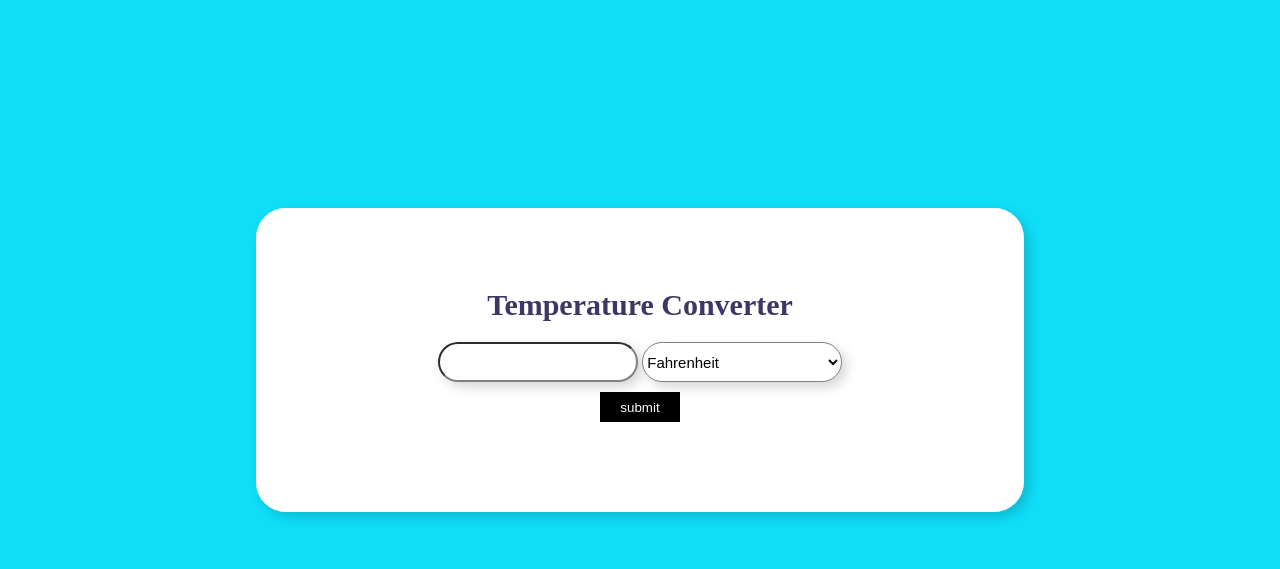
Repository: Mayur2905/OIBSIP
Page: Task-4/index.html
These files come from the project's save history. The page is drawn as it stood at one moment and after the next save; the edit follows.
The browser window is 1280 px wide. The pictures show the whole page.

Above is the page before, as saved 2022-02-03 23:32:00.

### Task-4/index.html
<!DOCTYPE html>
<html lang="en">
<head>
    <meta charset="UTF-8">
    <meta http-equiv="X-UA-Compatible" content="IE=edge">
    <meta name="viewport" content="width=device-width, initial-scale=1.0">
    <title>Document</title>
    <link rel="stylesheet" href="style.css">
</head>
<body>
    <script type="text/javascript">
        function convert(){
            const temp = document.getElementById('temp').value;
            const ty = document.getElementById('type').value;
            if(ty == 'fah' )
            {
                var f = (temp*1.8)+32;
                document.getElementById('result').innerHTML=`= ${f}°Fahrenheit`;
            }
            else{
                var f= (temp*1) + 273.15;
                document.getElementById('result').innerHTML=`= ${f}°Kelvin`;
            }


        }
    </script>
    <form id="tempCalc" onsubmit="convert(); return false">
        <label for="temp">Temperature Converter</label><br/>
        <input type="text" name="temp" id="temp">
        <select name="temp_diff" id="type">
            <option value="fah">Fahrenheit</option>
            <option value="Kel">Kelvin</option>
        </select><br/>
        <input id="btn" type="submit" value="submit" name="temp">
        <div id="result"></div>
    </form>
</body>
</html>

### Task-4/style.css
* {
  margin: 0;
  padding: 0;
  box-sizing: border-box;
  font-family: "Mulish", sans-serif;
}

body {
  width: 100vw;
  height: 100vh;
  background-color: #10ddf8;
  display: grid;
  align-items: center;
}

form {
  background-color: #ffffff;
  padding: 80px;
  width: 60%;
  margin: 100px auto;
  text-align: center;
  box-shadow: inset 5px 5px 12px #ffffff, 5px 5px 12px rgba(0, 0, 0, 0.16);
  border-radius: 30px;
}

#tempCalc label {
  font-size: 30px;
}

#temp {
  border-color: grey;
  border-radius: 20px;
  padding: 10px;
  height: 40px;
  width: 200px;
  font-size: 20px;
  margin-top: 20px;
  vertical-align: top;
  box-shadow: inset 5px 5px 12px #ffffff, 5px 5px 12px rgba(0, 0, 0, 0.16);
}

#type {
  height: 40px;
  border-color: gray;
  border-radius: 20px;
  margin-top: 20px;
  font-size: 15px;
  height: 40px;
  width: 200px;
  vertical-align: top;
  background-color: #ffffff;
  box-shadow: inset 5px 5px 12px #ffffff, 5px 5px 12px rgba(0, 0, 0, 0.16);
}
label {
  font-family: cursive;
  font-weight: bold;
  color: #3e3663;
}
#btn {
  background-color: black;
  height: 30px;
  width: 80px;
  color: white;
  margin: 10px;
  border: none;
}
#result {
  font-size: 15px;
  font-weight: 600;
}

After the next save:
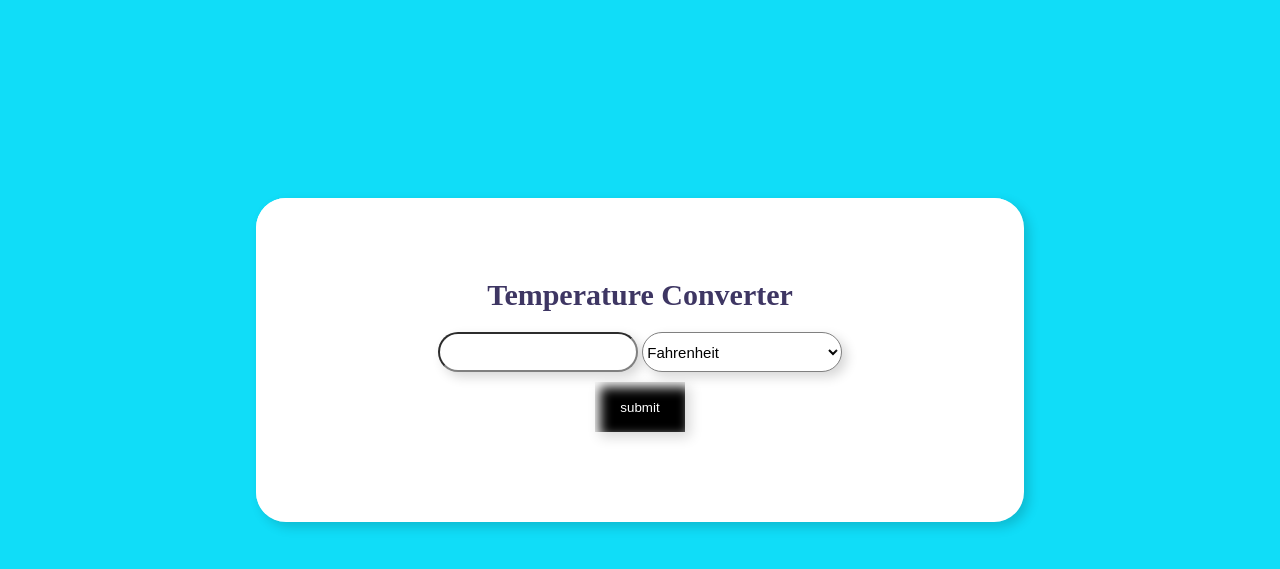
Saved 30 s later.
--- a/Task-4/style.css
+++ b/Task-4/style.css
@@ -58,11 +58,12 @@ label {
 }
 #btn {
   background-color: black;
-  height: 30px;
-  width: 80px;
+  height: 50px;
+  width: 90px;
   color: white;
   margin: 10px;
   border: none;
+  box-shadow: inset 5px 5px 12px #ffffff, 5px 5px 12px rgba(0, 0, 0, 0.16);
 }
 #result {
   font-size: 15px;
